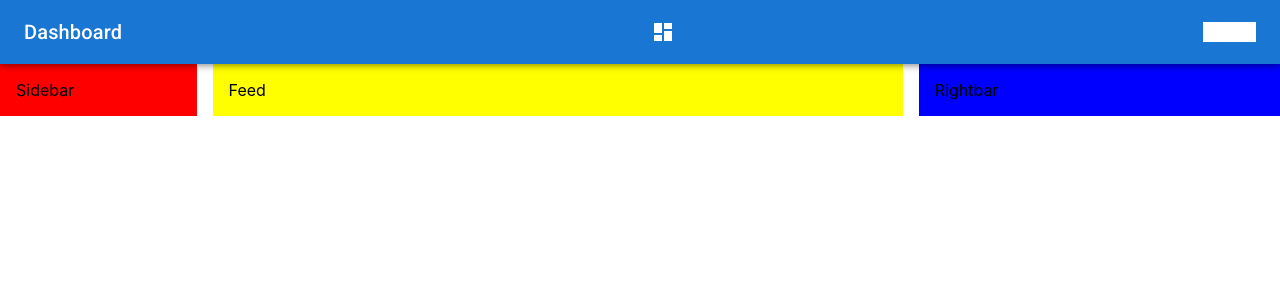
Repository: abubaker-cs/mui5_dashboard
Page: /
The author's editor kept a copy of each file at every save. The page is drawn from the files as they stood at one save, then again after the next save.
The browser window is 1280 px wide. The pictures show the whole page.
The project was rebuilt for these pictures with package versions that can differ from the ones it lists, and the page was loaded fresh each time. Also part of the build but not shown: src/App.css.

Above is the page before, as saved 2022-07-17 05:58:36.

After the next save:
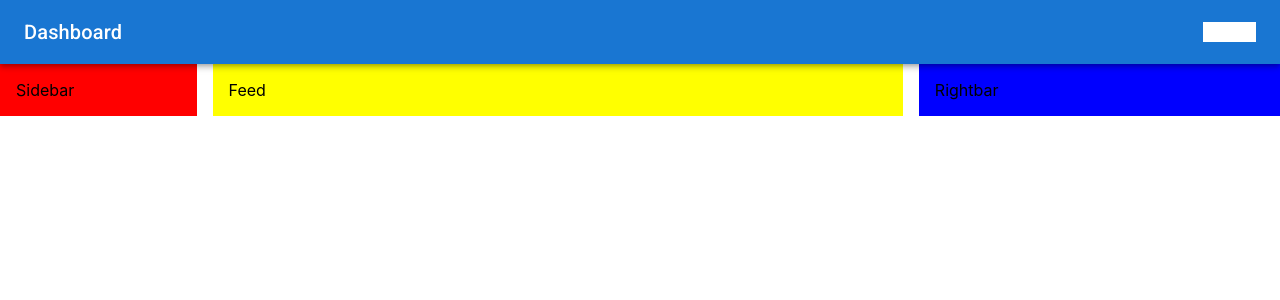
Saved 47 s later.
--- a/src/components/Navbar.jsx
+++ b/src/components/Navbar.jsx
@@ -28,7 +28,14 @@ const Navbar = () => {
         >
           Dashboard
         </Typography>
-        <Dashboard />
+        <Dashboard
+          sx={{
+            display: {
+              xs: "block",
+              sm: "none",
+            },
+          }}
+        />
         <Search>Search</Search>
       </StyledToolbar>
     </AppBar>
